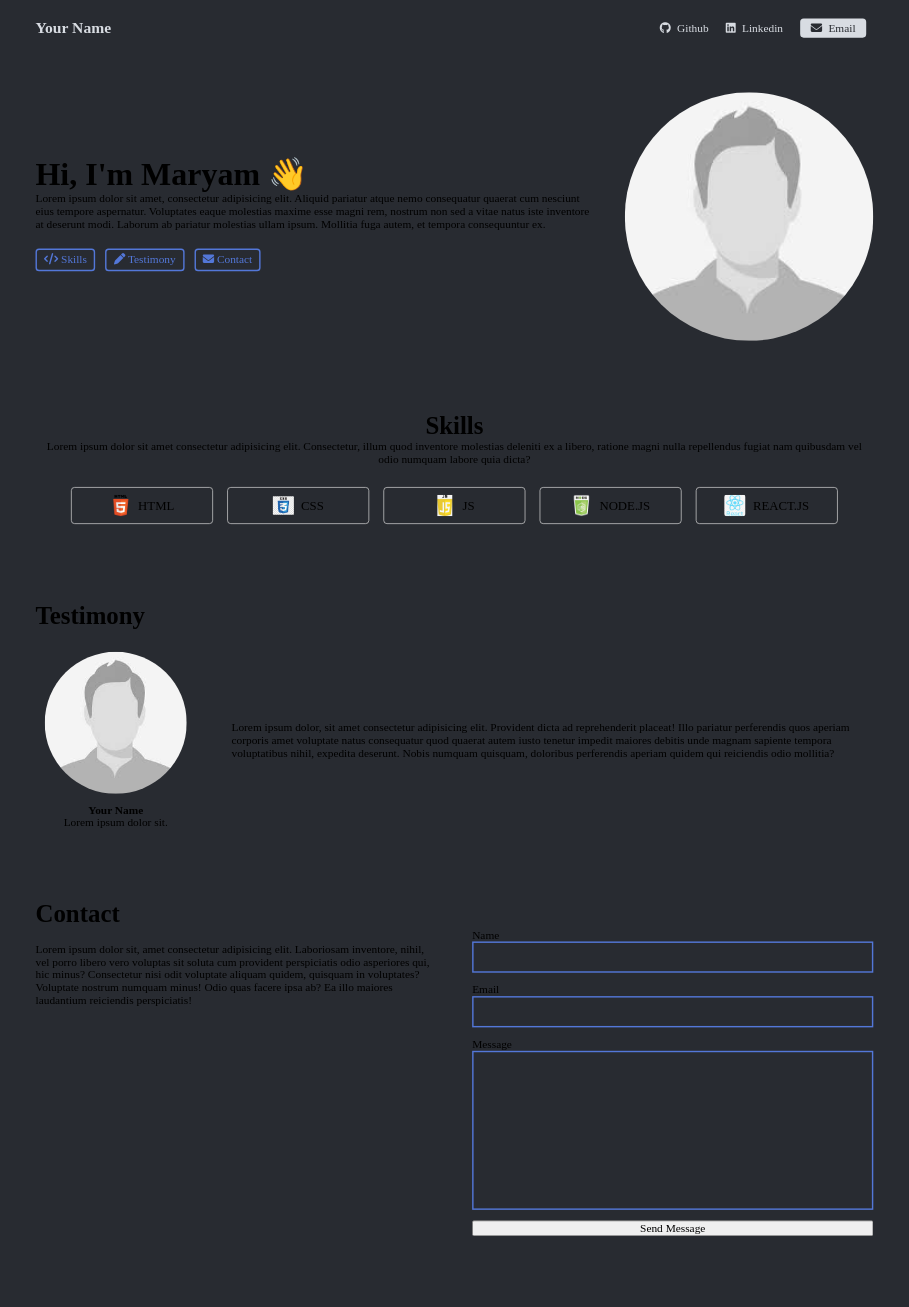
Repository: MaramMaryam/my-portfolio-test
Page: index.html
These files come from the project's save history. The page is drawn as it stood at one moment and after a run of saves; the edit follows.
The browser window is 1280 px wide. The pictures show the whole page, at 71% of full size.
Some web libraries are served in a nearby version.

Above is the page before, as saved 2024-09-20 19:38:32.

After the next 4 saves:
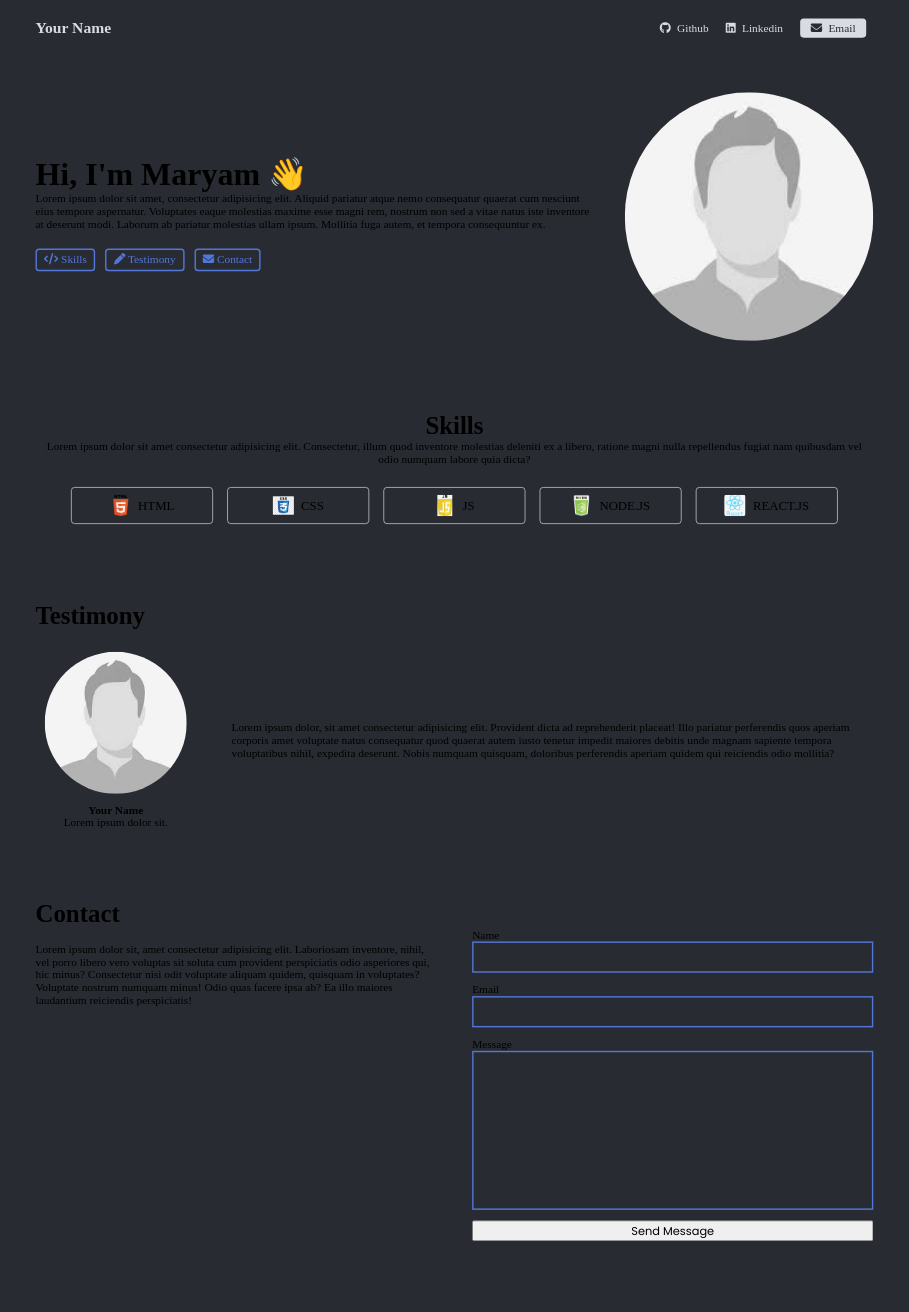
The 4 saves are shown as one change because they came seconds apart.
The last was saved 15 s later.
--- a/styles.css
+++ b/styles.css
@@ -197,7 +197,7 @@ nav .right a span {
   }
   .contact-section .group form button {
     font-size: 16px;
-    font-family: serif;
+    font-family: 'Poppins', sans-serif;
   }
 
 
